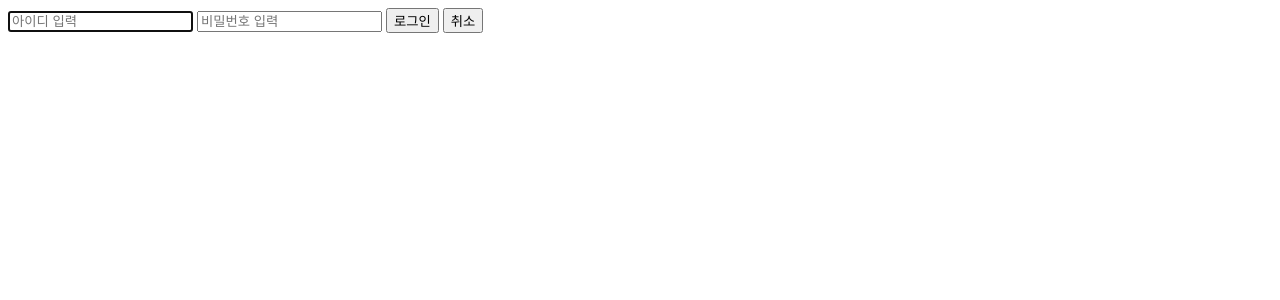
Repository: HyoJun-A/jsp
Page: practice01/WebContent/WEB-INF/loginForm.html
The author's editor kept a copy of each file at every save. The page is drawn from the files as they stood at one save, then again after the next save.
The browser window is 1280 px wide. The pictures show the whole page.

Above is the page before, as saved 2022-10-17 09:17:50.

### practice01/WebContent/WEB-INF/loginForm.html
<!DOCTYPE html>
<html>
<head>
<meta charset="UTF-8">
<title>로그인 폼</title>
</head>
<body>
	<form action="test05.jsp" name="loginForm" method="post">
		<input type="text" name="id" id="id" placeholder="아이디 입력" autofocus required>
		<input type="password" name="pw" id="pw" placeholder="비밀번호 입력">
		<input type="submit" value="로그인">
		<input type="reset" value="취소">
	</form>
</body>
</html>

After the next save:
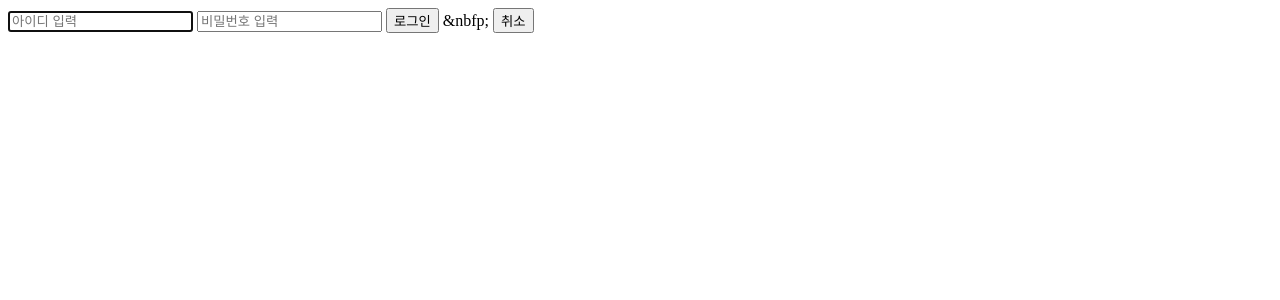
Saved 11 s later.
--- a/practice01/WebContent/WEB-INF/loginForm.html
+++ b/practice01/WebContent/WEB-INF/loginForm.html
@@ -9,6 +9,7 @@
 		<input type="text" name="id" id="id" placeholder="아이디 입력" autofocus required>
 		<input type="password" name="pw" id="pw" placeholder="비밀번호 입력">
 		<input type="submit" value="로그인">
+		&nbfp;
 		<input type="reset" value="취소">
 	</form>
 </body>
